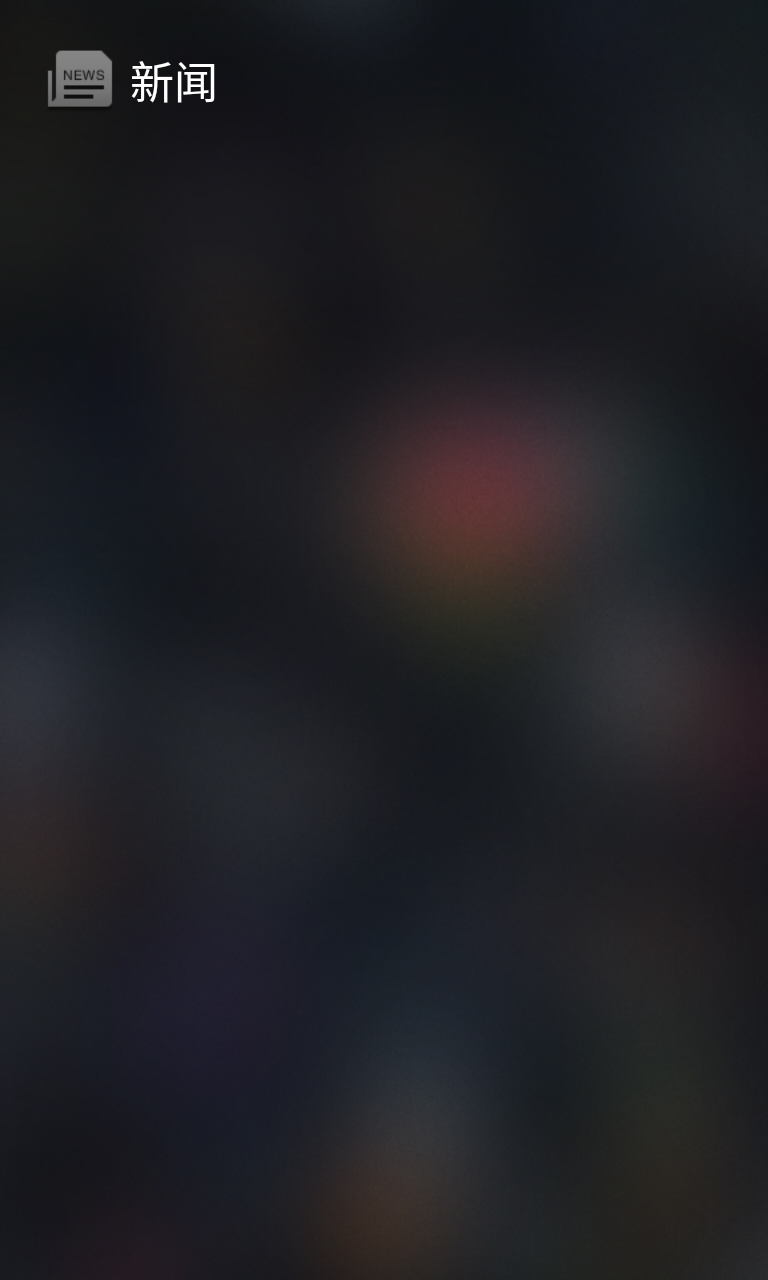
Repository: ASmouse/View
Layout: 05_SlidingMenuDemo14/res/layout/left.xml
These files come from the project's save history. The layout is drawn as it stood at one moment and after the next save; the edit follows.
It is drawn on a 768 x 1280 px phone screen (xhdpi) without system bars, with theme AppTheme; the app's code is not run.

Above is the layout before, as saved 2015-10-25 02:04:21.

After the next save:
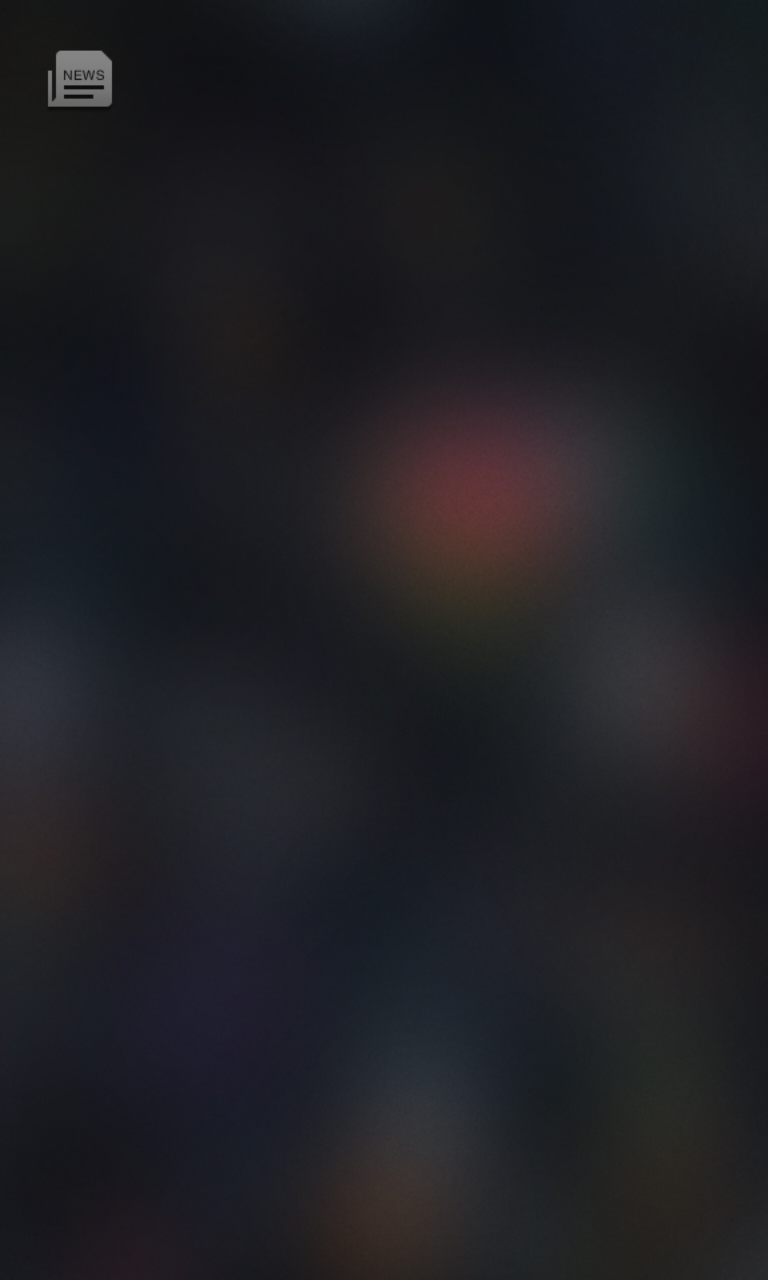
Saved 26 s later.
--- a/05_SlidingMenuDemo14/res/layout/left.xml
+++ b/05_SlidingMenuDemo14/res/layout/left.xml
@@ -14,7 +14,7 @@
         <TextView
             style="@style/tv_style"
             android:drawableLeft="@drawable/tab_news"
-            android:text="新闻" />
+			/>
 
 
     </LinearLayout>

After the 3 saves that followed:
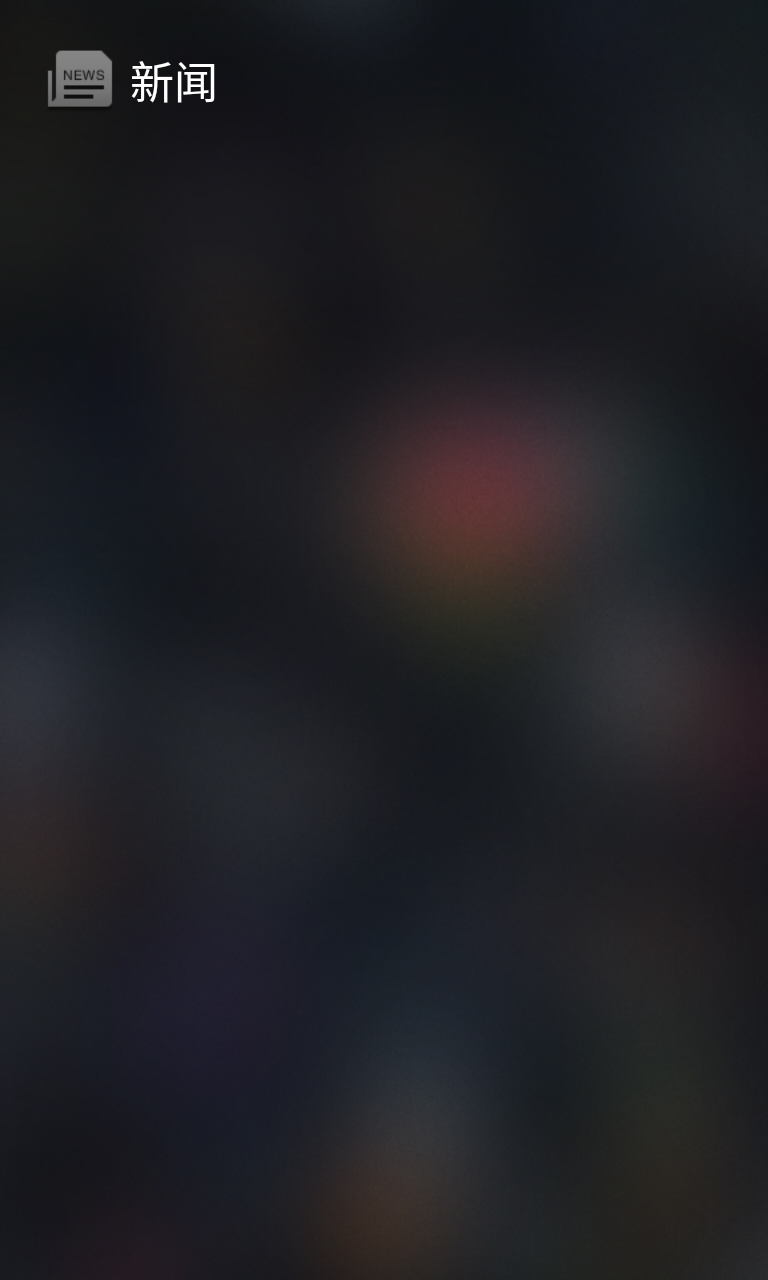
The 3 saves are shown as one change because 2 left the picture as it was.
The last was saved 41 s later.
--- a/05_SlidingMenuDemo14/res/layout/left.xml
+++ b/05_SlidingMenuDemo14/res/layout/left.xml
@@ -14,9 +14,8 @@
         <TextView
             style="@style/tv_style"
             android:drawableLeft="@drawable/tab_news"
+            android:text="新闻"
 			/>
-
-
-    </LinearLayout>
+ </LinearLayout>
 
 </ScrollView>
